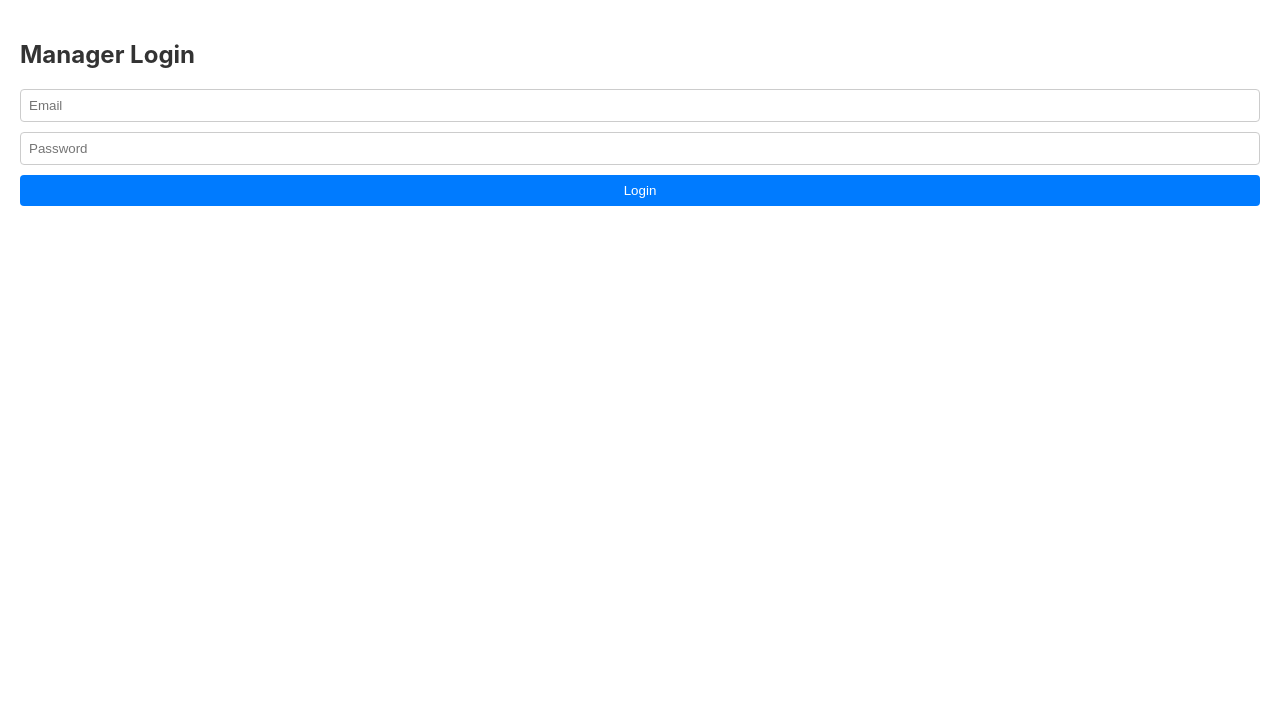
Repository: lasity34/waiter-scheduling-app
Page: /manager-dashboard (app in waiter-app-frontend/)
The author's editor kept a copy of each file at every save. The page is drawn from the files as they stood at one save, then again after the next save.
The browser window is 1280 px wide. The pictures show the whole page.
The page's requests for data from a server got no answer. The project was rebuilt for these pictures with package versions that can differ from the ones it lists, and the page was loaded fresh each time. No one was signed in, and anything a server would have sent is missing. Also part of the build but not shown: waiter-app-frontend/src/components/Home.tsx, waiter-app-frontend/src/components/Signin.tsx, waiter-app-frontend/src/components/WaiterDashboard.tsx.

Above is the page before, as saved 2024-09-11 13:51:22.

After the next save:
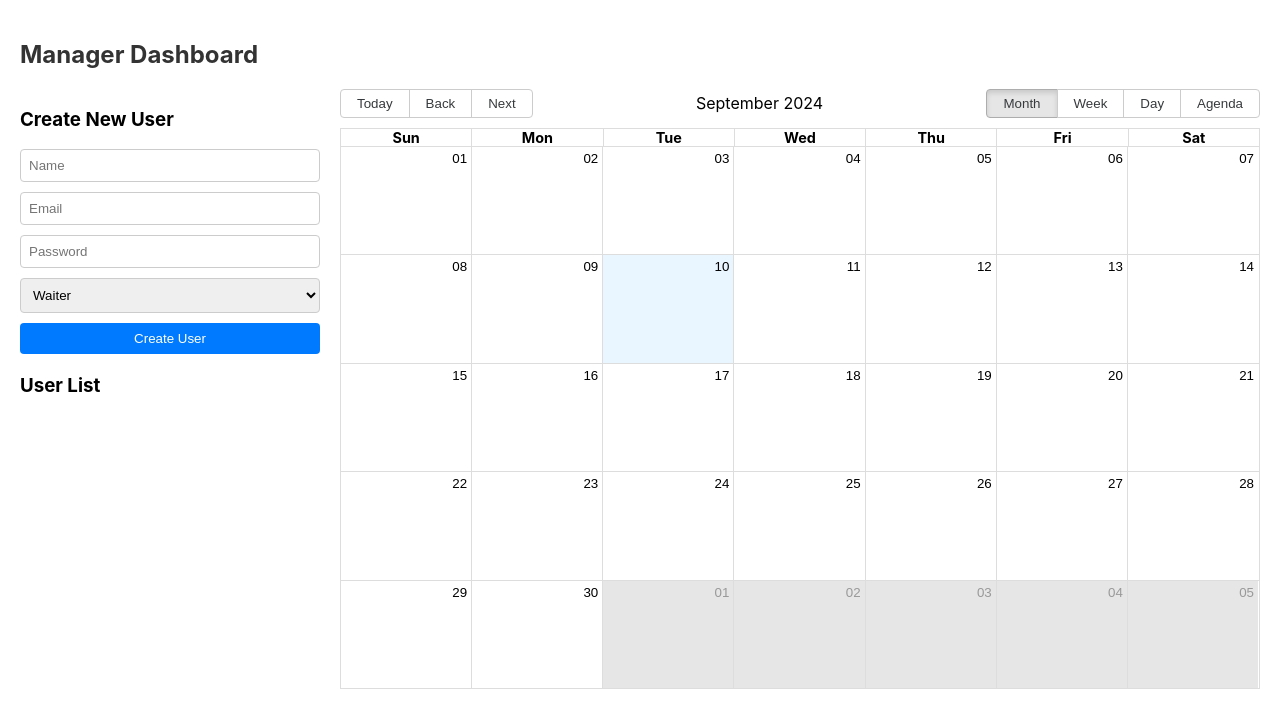
Saved 5 min 42 s later.
--- a/waiter-app-frontend/src/components/ManagerDashboard.tsx
+++ b/waiter-app-frontend/src/components/ManagerDashboard.tsx
@@ -80,7 +80,15 @@ const UserGroupTitle = styled.h4`
 `;
 
 const UserItem = styled.div`
+  display: flex;
+  justify-content: space-between;
+  align-items: center;
   padding: 5px 0;
+`;
+
+const UserActions = styled.div`
+  display: flex;
+  gap: 5px;
 `;
 
 interface Shift {
@@ -104,37 +112,11 @@ const ManagerDashboard: React.FC = () => {
   const [shifts, setShifts] = useState<Shift[]>([]);
   const [users, setUsers] = useState<User[]>([]);
   const [newUser, setNewUser] = useState({ name: '', email: '', password: '', role: 'waiter' });
-  const [isLoggedIn, setIsLoggedIn] = useState(false);
-  const [loginData, setLoginData] = useState({ email: '', password: '' });
 
   useEffect(() => {
-    checkAuthStatus();
+    fetchShifts();
+    fetchUsers();
   }, []);
-
-  const checkAuthStatus = async () => {
-    try {
-      const response = await axios.get('http://localhost:5000/test');
-      setIsLoggedIn(true);
-      fetchShifts();
-      fetchUsers();
-    } catch (error) {
-      console.error('Not authenticated:', error);
-      setIsLoggedIn(false);
-    }
-  };
-
-  const handleLogin = async (e: React.FormEvent) => {
-    e.preventDefault();
-    try {
-      const response = await axios.post('http://localhost:5000/login', loginData);
-      setIsLoggedIn(true);
-      fetchShifts();
-      fetchUsers();
-    } catch (error) {
-      console.error('Login failed:', error);
-      alert('Login failed. Please check your credentials.');
-    }
-  };
 
   const fetchShifts = async () => {
     try {
@@ -176,6 +158,31 @@ const ManagerDashboard: React.FC = () => {
     }
   };
 
+  const handleRemoveUser = async (userId: number) => {
+    if (window.confirm('Are you sure you want to remove this user?')) {
+      try {
+        await axios.delete(`http://localhost:5000/users/${userId}`);
+        alert('User removed successfully');
+        fetchUsers();
+      } catch (error) {
+        console.error('Error removing user:', error);
+        alert('Failed to remove user');
+      }
+    }
+  };
+
+  const handleToggleRole = async (user: User) => {
+    const newRole = user.role === 'waiter' ? 'manager' : 'waiter';
+    try {
+      await axios.put(`http://localhost:5000/users/${user.id}`, { ...user, role: newRole });
+      alert('User role updated successfully');
+      fetchUsers();
+    } catch (error) {
+      console.error('Error updating user role:', error);
+      alert('Failed to update user role');
+    }
+  };
+
   const handleShiftUpdate = async (shiftId: number, newStatus: string) => {
     try {
       await axios.put(`http://localhost:5000/shifts/${shiftId}`, { status: newStatus });
@@ -237,38 +244,21 @@ const ManagerDashboard: React.FC = () => {
           <UserGroup key={role}>
             <UserGroupTitle>{role.charAt(0).toUpperCase() + role.slice(1)}s</UserGroupTitle>
             {users.map(user => (
-              <UserItem key={user.id}>{user.name} ({user.email})</UserItem>
+              <UserItem key={user.id}>
+                <span>{user.name} ({user.email})</span>
+                <UserActions>
+                  <Button onClick={() => handleToggleRole(user)}>
+                    {user.role === 'waiter' ? 'Make Admin' : 'Make Waiter'}
+                  </Button>
+                  <Button onClick={() => handleRemoveUser(user.id)}>Remove</Button>
+                </UserActions>
+              </UserItem>
             ))}
           </UserGroup>
         ))}
       </UserList>
     );
   };
-
-  if (!isLoggedIn) {
-    return (
-      <DashboardContainer>
-        <Header>Manager Login</Header>
-        <Form onSubmit={handleLogin}>
-          <Input
-            type="email"
-            placeholder="Email"
-            value={loginData.email}
-            onChange={(e) => setLoginData({ ...loginData, email: e.target.value })}
-            required
-          />
-          <Input
-            type="password"
-            placeholder="Password"
-            value={loginData.password}
-            onChange={(e) => setLoginData({ ...loginData, password: e.target.value })}
-            required
-          />
-          <Button type="submit">Login</Button>
-        </Form>
-      </DashboardContainer>
-    );
-  }
 
   return (
     <DashboardContainer>
